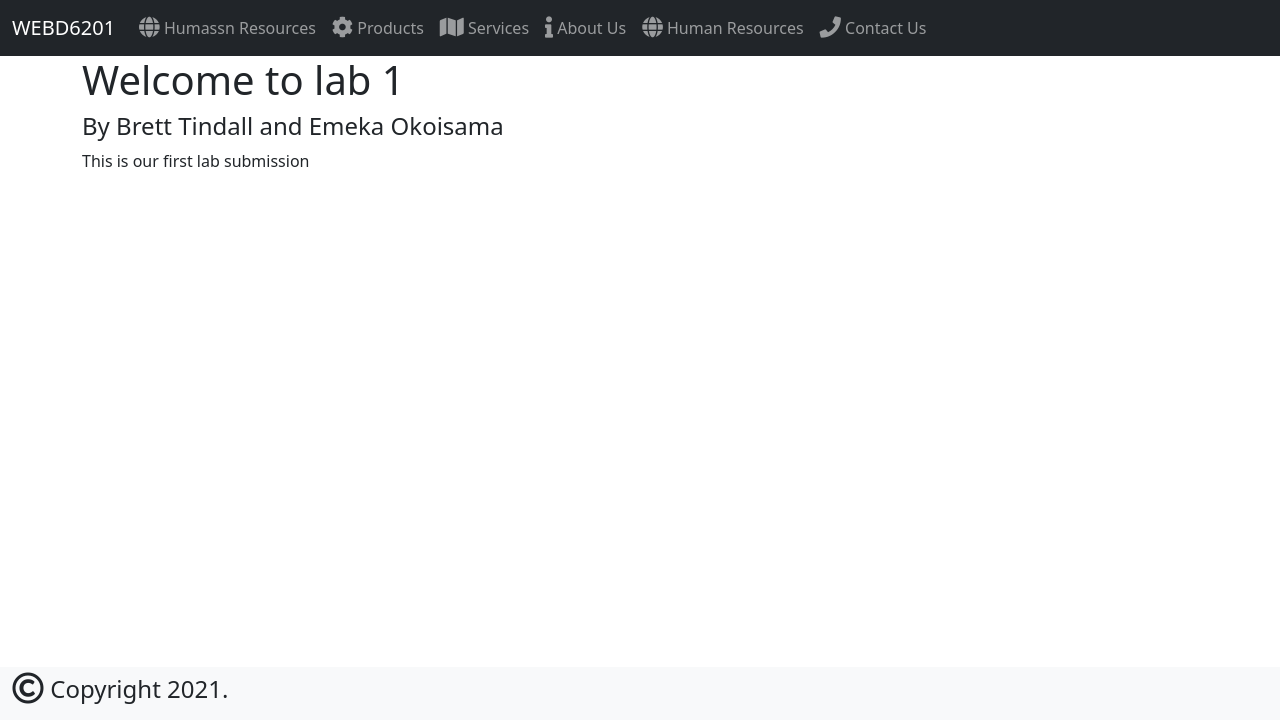
Repository: Sub4Sub/Lab_1
Page: index.html
An editor plug-in stored every save of this project. The page is shown before and after the next save, followed by the edit.
The browser window is 1280 px wide. The pictures show the whole page.

Above is the page before, as saved 2021-02-05 15:11:15.

After the next save:
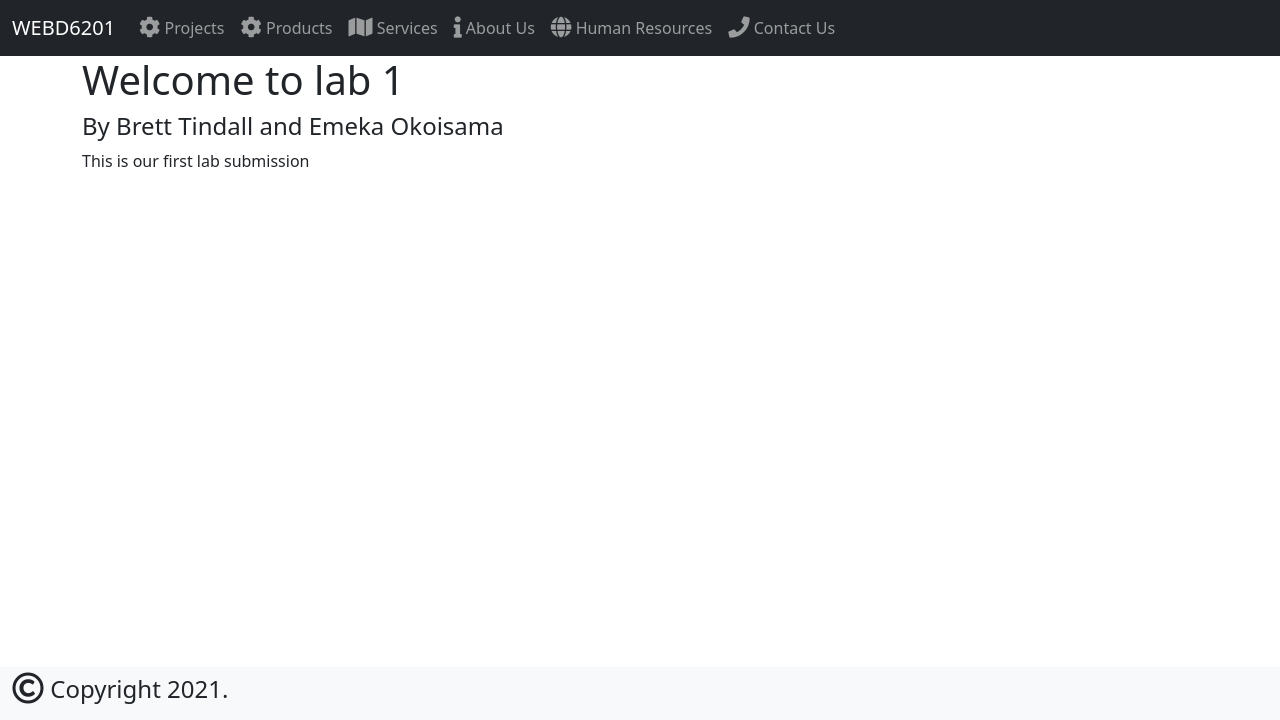
Saved 36 s later.
--- a/Scripts/app.js
+++ b/Scripts/app.js
@@ -148,8 +148,8 @@
        newListItem.innerHTML =
       `
       <li class="nav-item">
-        <a class="nav-link" id="HumanResourcesLink" aria-current="page" href="human-resources.html"><i class="fas fa-globe fa-lg"></i> Humassn Resources</a>
-      </li>
+                  <a class="nav-link" id="productsLink" aria-current="page" href="products.html"><i class="fas fa-cog fa-lg"></i> Projects</a>
+                </li>
       `
 
        productsButton.replaceChild(newListItem, productsButton.childNodes[1]);
